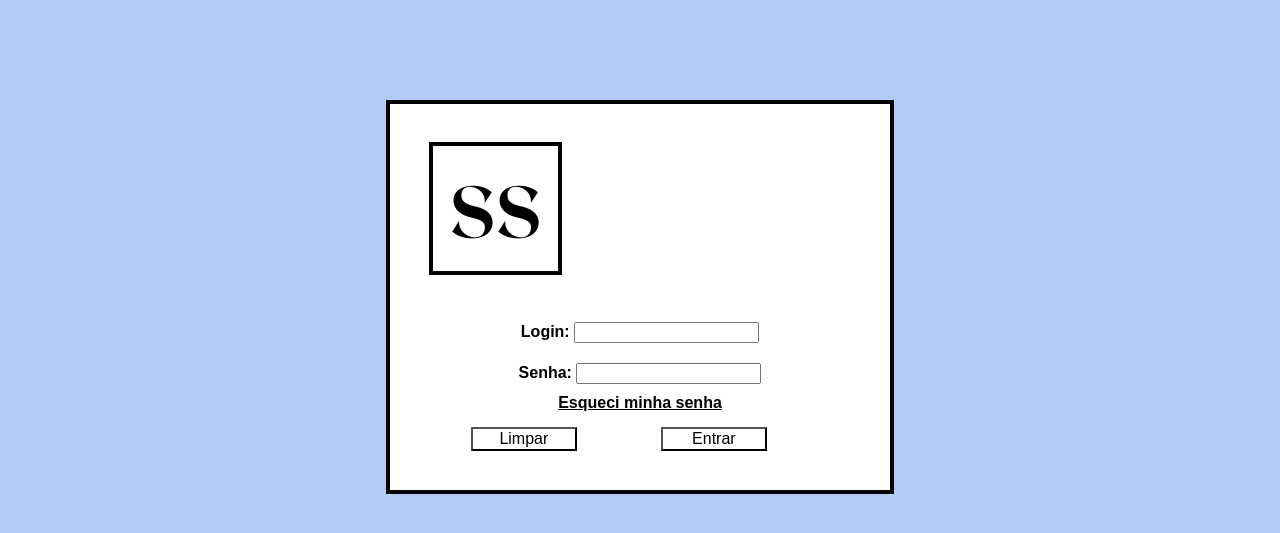
Repository: FaculdadeSenaiJoinville/PiMichelBaade
Page: ProjetoIndividual/WebContent/index.html
An editor plug-in stored every save of this project. The page is shown before and after the next save, followed by the edit.
The browser window is 1280 px wide. The pictures show the whole page.

Above is the page before, as saved 2021-08-13 23:16:46.

### ProjetoIndividual/WebContent/index.html
<!DOCTYPE html>
<html lang="pt-br">
<head>
	<meta charset="UTF-8">
	<meta name="description" content="Site da Software dos Sonhos">
	<meta name="keywords" content="Padaria, Software, Sonhos">
	<meta name="author" content="Michel Baade">
	<meta name="viewport" content="width=device-width, initial-scale=1.0">
	<title>Software dos Sonhos</title>
	<link rel="stylesheet" type="text/css" href="css/site.css">
</head>
<body>
	<form name="frmlogin" method="post" action="#">
		<div ><img src="imgs/logo.png" alt="Logo da Software dos Sonhos" id="logo"></div>
		<br>
		<div id="camposlogin">
		<label for="login">Login: </label>
		<input type="text" name="txtlogin" id="login"><br>
		<label for="senha">Senha: </label>
		<input type="password" name="txtsenha" id="senha"><br>
		<a>Esqueci minha senha</a><br>
		</div>
		<button type="reset">Limpar</button><button type="reset">Entrar</button>
	</form>
</body>
</html>

### ProjetoIndividual/WebContent/css/site.css
@charset "UTF-8";

body{
	width: 100%;
	margin: 0 auto;
	font-family: "Century Gothic", sans-serif;
	height: 100%;
	font-weight: bold;
	background-color: #b1ccf5;
}
img{
	border:4px solid #000;
	height: 125px;
	width: 125px;
}
form{
	border:4px solid #000;
	width: 33%;
	margin: 100px auto;
	height: 33%;
	padding: 3%;
	background-color: #FFF;
}
#logo{
	text-align: center;
	border:4px solid #000;
	height: 125px;
	width: 125px;
}
#camposlogin{
	margin: 15px;
	text-align: center;
}
a{
	text-decoration: underline;
}
button {
	width: 25%;
	font-size: 16px;
	margin: 0 10%;
	background-color: #FFF;
}

input{
	margin: 10px auto;
}

nav{
	clear: both;
	width: 100%;
	margin: 0px auto;
	height: 55px;
	background-color: #66ccff;
}
nav a{
	color: white;
	text-decoration: none;
	text-align: center;
}
nav .opcao{
	float: left;
	width: 33%;
	background-color: #FFF;
	padding: 10px 0;
	margin: 0 1%;
	font-size: 26px;
}
nav .opcao:hover{
	background-color: #83afd3;
}
div #logomenor{
	float: left;
	height: 55px;
	width: 55px;
}

After the next save:
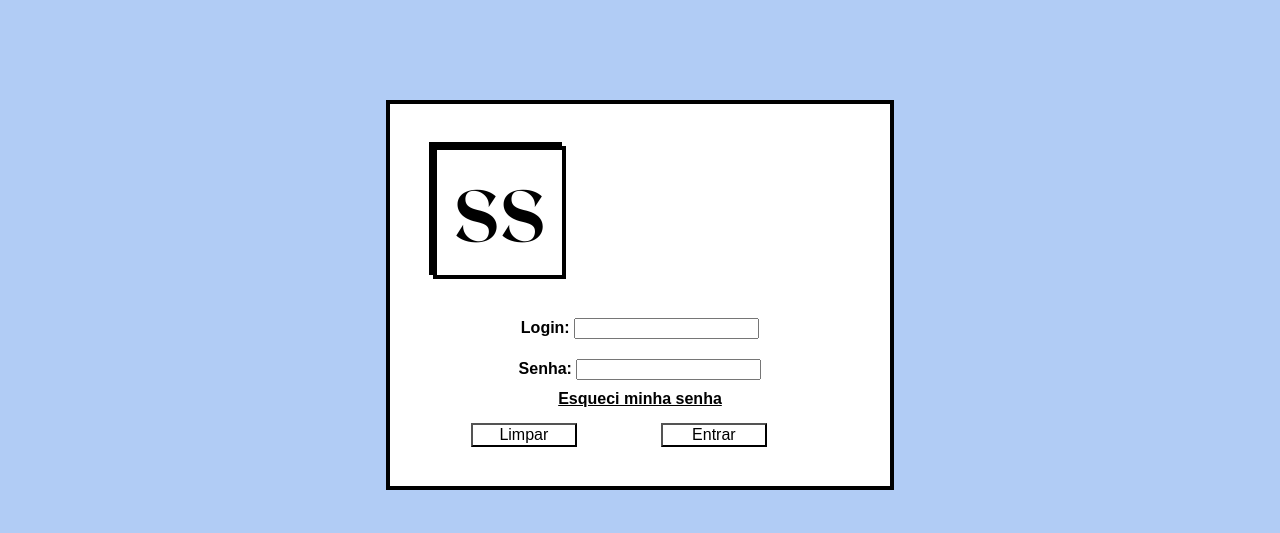
Saved 11 s later.
--- a/ProjetoIndividual/WebContent/index.html
+++ b/ProjetoIndividual/WebContent/index.html
@@ -11,7 +11,7 @@
 </head>
 <body>
 	<form name="frmlogin" method="post" action="#">
-		<div ><img src="imgs/logo.png" alt="Logo da Software dos Sonhos" id="logo"></div>
+		<div id="logo"><img src="imgs/logo.png" alt="Logo da Software dos Sonhos"></div>
 		<br>
 		<div id="camposlogin">
 		<label for="login">Login: </label>
